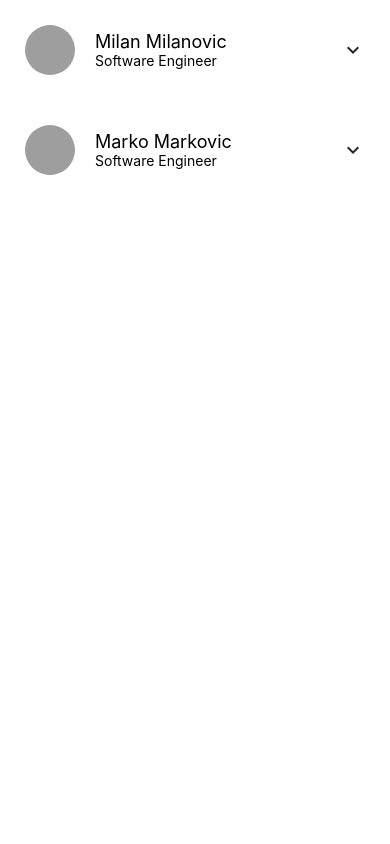
Repository: likanbl/intern-feature
Screen: /
The author's editor kept a copy of each file at every save. The screen is drawn from the files as they stood at one save, then again after the next save.
Pictures or frames that could not be fetched are drawn as grey boxes. The app was drawn by React Native's web renderer in a window 390 px wide. The project was rebuilt for these pictures with package versions that can differ from the ones it lists, and the page was loaded fresh each time.

Above is the screen before, as saved 2019-09-16 14:36:28.

After the next save:
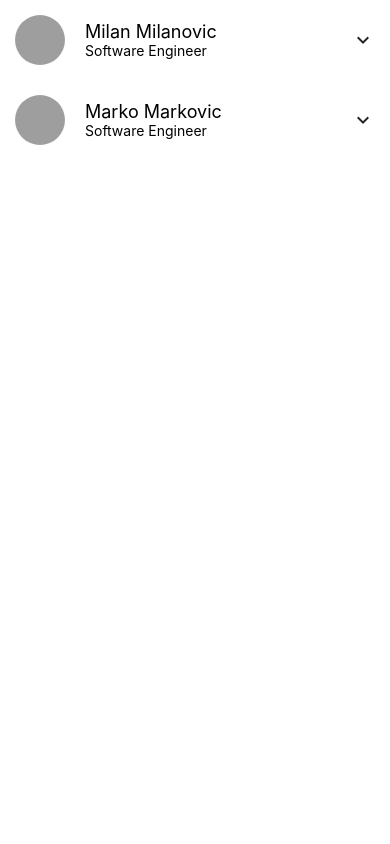
Saved 37 s later.
--- a/src/components/intern-feature/styles.js
+++ b/src/components/intern-feature/styles.js
@@ -1,11 +1,7 @@
 import {StyleSheet} from 'react-native';
 
 export default StyleSheet.create({
-  card: {
-    flex: 1,
-    padding: 10,
-  },
-  cardView: {
+  backgroundScreen: {
     flex: 1,
     padding: 15,
     backgroundColor: '#FCFCFF',
